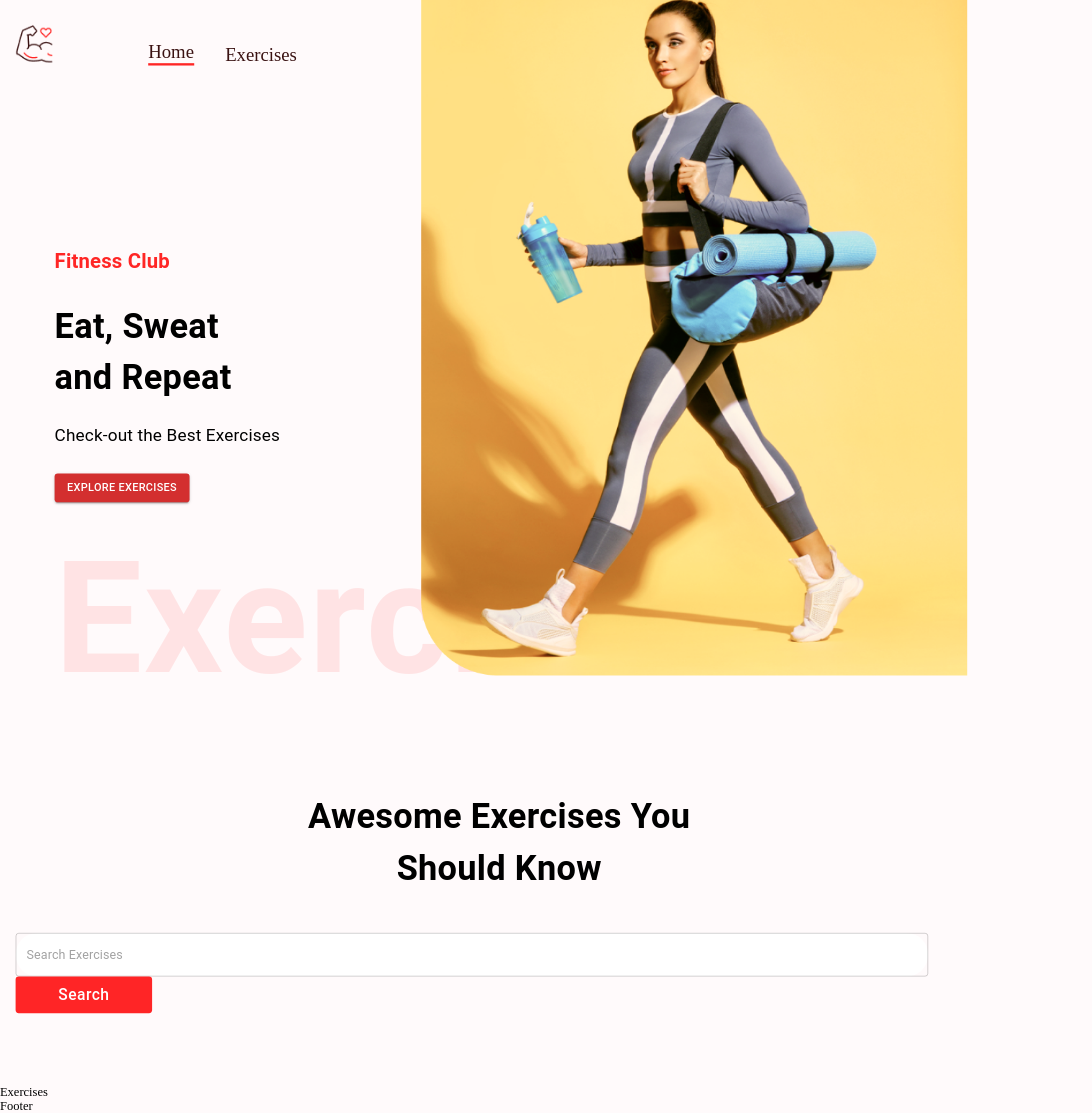
Repository: remydev47/fitness-center
Page: /
These files come from the project's save history. The page is drawn as it stood at one moment and after the next save; the edit follows.
The browser window is 1280 px wide. The page is 1280 px wide, then 1400 px, so the pictures cover 1400 px, including what lies to the right of the window. The pictures show the whole page, at 78% of full size.
The project was rebuilt for these pictures with package versions that can differ from the ones it lists, and the page was loaded fresh each time. Also part of the build but not shown: src/pages/ExerciseDetail.js.

Above is the page before, as saved 2022-07-26 01:18:43.

### src/index.js
import React from 'react'
import ReactDOM from  'react-dom'
import { BrowserRouter } from 'react-router-dom'

import App from './App'

const root = ReactDOM.createRoot(document.getElementById('root'))

root.render(
    <BrowserRouter>
      <App/>
    </BrowserRouter>
)

### src/App.js
import React from 'react'
import { Route, Routes } from 'react-router-dom';
import { Box } from '@mui/material'

import './App.css'
import Navbar from './components/Navbar';
import Footer from './components/Footer'
import Home from './pages/Home';
import ExerciseDetail from './pages/ExerciseDetail';

const App = () => {
  return (
    <Box>
      <Navbar />
      <Routes>
        <Route path="/"  element={<Home />}/>
        <Route path="/exercise/:id"  element={<ExerciseDetail />}/>
      </Routes>
      <Footer />
    </Box>
  )
}

export default App

### src/components/Navbar.js
import React from 'react'
import { Link } from 'react-router-dom';
import { Stack } from '@mui/material'
import Logo from '../assets/images/Logo.png'

const Navbar = () => {
  return (
    <Stack
     direction="row"
     justifyContent="space-around"
     sx={{ gap: { sm: '122px', xs: '40px'}, mt: { sm: '32px', xs:'20px'}, justifyContent: 'none'}}
     px="20px"
    >
        <Link to="/">
            <img
               src={Logo}
               alt="logo"
               style={{
                width:'48px',
                height:'48px',
                margin: '0, 20px'
               }}
            />
        </Link>
        <Stack
            direction="row"
            gap="40px"
            fontSize="24px"
            alignItems="flex-end"
        >
            <Link to="/" style={{
                textDecoration:"none",
                color:"#3A1212",
                borderBottom: '3px solid #FF2625'
            }}
            >
                Home
            </Link>
            <a href="#exercises" style={{ textDecoration:"none", color:"#3A1212"}}>Exercises</a>
        </Stack>
    </Stack>
  )
}

export default Navbar

### src/pages/Home.js
import React, { useState } from 'react';
import { Box } from '@mui/material'
import HeaderBanner from '../components/HeaderBanner';
import SearchExercises from '../components/SearchExercises';
import Exercises from '../components/Exercises';

const Home = () => {
  return (
    <Box>
        <HeaderBanner />
        <SearchExercises />
        <Exercises />
    </Box>
  )
}

export default Home

### src/components/HeaderBanner.js
import React from 'react';
import { Box, Stack, Typography, Button } from '@mui/material';
import HeroBannerImage from '../assets/images/banner.png';

const HeaderBanner = () => {
  return (
    <Box
      sx={{
        mt:{ lg: '212px', xs: '70px'},
        ml: { sm: '50px'}
      }}
      position="relative"
      p="20px"
    >
        <Typography
          color="#FF2625"
          fontSize="26px"
          fontWeight="600"
        >
            Fitness Club
        </Typography>
        <Typography
          fontWeight={700}
          sx={{
             fontSize: { lg:'44px', xs: '40px'}
          }}
          mb="23px"
          mt="30px"
        >
            Eat, Sweat <br/>and Repeat
        </Typography>
        <Typography
         fontSize="22px"
         lineHeight="35px"
         mb={4}
        >
            Check-out the Best Exercises
        </Typography>
        <Button
          sm={{
            backgroundColor: "#FF2625",
            padding: "10px"
          }}
          variant="contained"
          color="error"
          href="#exercises"
        >
            Explore Exercises
        </Button>
        <Typography
          fontWeight={600}
          color="#ff2625"
          sx={{
            opacity: '0.1',
            display: { lg: 'block', xs: 'none'}
          }}
          fontSize="200px"
        >
            Exercises
        </Typography>
        <img
          src={HeroBannerImage}
          alt="banner"
          className='hero-banner-img'
        />
    </Box>
  )
}

export default HeaderBanner

### src/components/SearchExercises.js
import React, { useState, useEffect } from 'react';
import { Box, Typography, Stack, Button, TextField } from '@mui/material'

const SearchExercises = () => {
  return (
    <Stack
      alignItems="center"
      mt="30px"
      justifyContent="center"
      p="20px"
    >
        <Typography
         fontWeight={700}
         sx={{
            fontSize:{ lg: '44px', xs: '30px'}
         }}
         mb="50px"
         textAlign="center"
        >
            Awesome Exercises You <br />
            Should Know
        </Typography>
        <Box
          position="relative"
          mb="72px"

        >
            <TextField
             sx={{
                input: {
                    fontweight: '700',
                    border: 'none',
                    borderRadius: '4px'
                },
                width: {
                    lg: '1170px',
                    xs: '350px'
                },
                backgroundColor: "#FFF",
                borderRadius: "40px"
             }}
              height="70px"
              value=""
              onChange={(e) => {}}
              placeholder="Search Exercises"
              type="Text"
            />
            <Button
             className="search-btn"
             sx={{
                bgcolor: "#FF2526",
                color: "#FFF",
                textTransform: 'none',
                width: {
                    lg : '175px',
                    xs: '80px'
                },
                fontSize: {
                    lg: '20px',
                    xs: '14px'
                }
             }}
            >
                Search
            </Button>
        </Box>
    </Stack>
  )
}

export default SearchExercises

Loaded but not shown: public/index.html (common file); src/App.css (common file); src/components/Footer.js (common file); src/components/Exercises.js (common file)

After the next save:
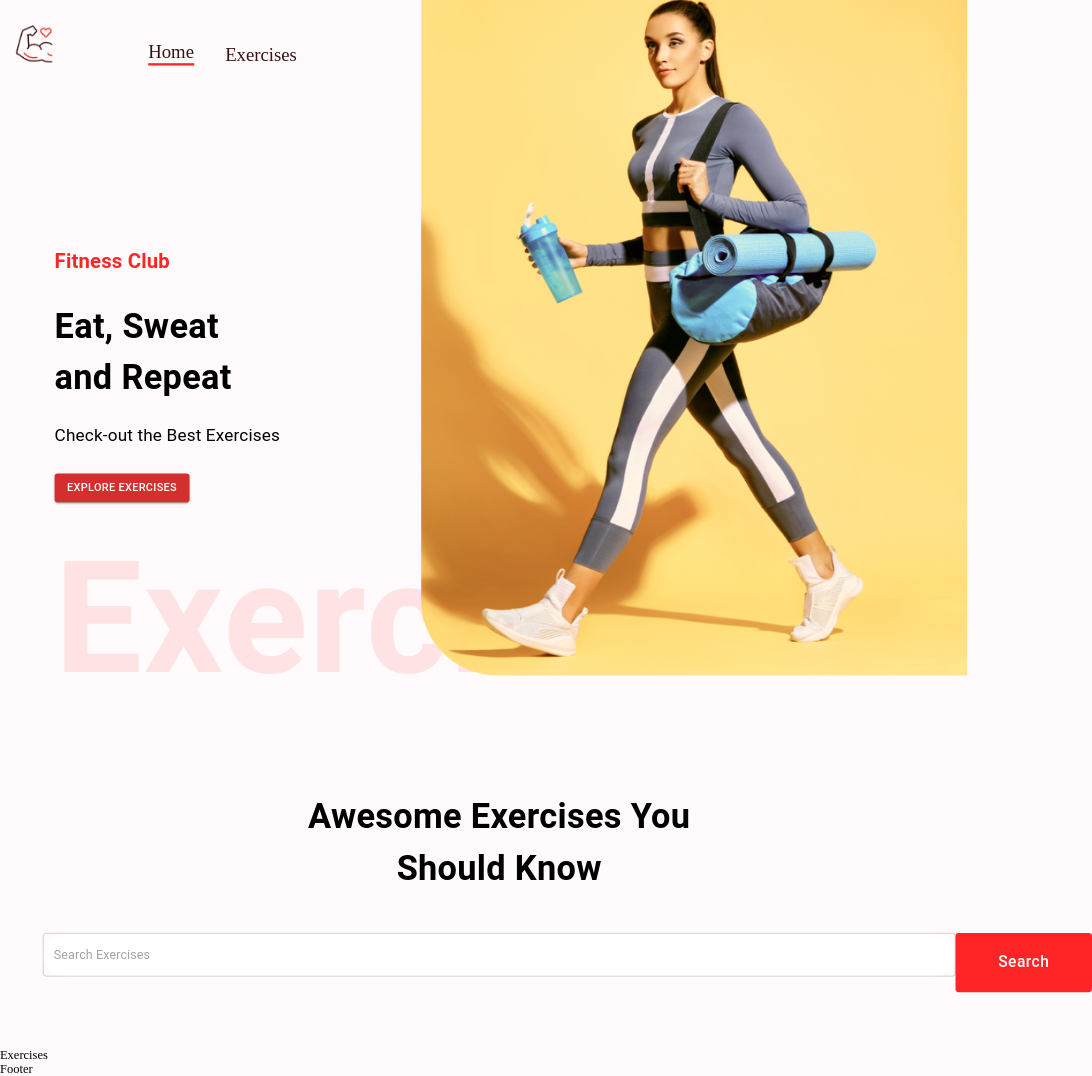
Saved 99 s later.
--- a/src/components/SearchExercises.js
+++ b/src/components/SearchExercises.js
@@ -58,7 +58,9 @@ const SearchExercises = () => {
                 fontSize: {
                     lg: '20px',
                     xs: '14px'
-                }
+                },
+                height: '76px',
+                position: 'absolute'
              }}
             >
                 Search
